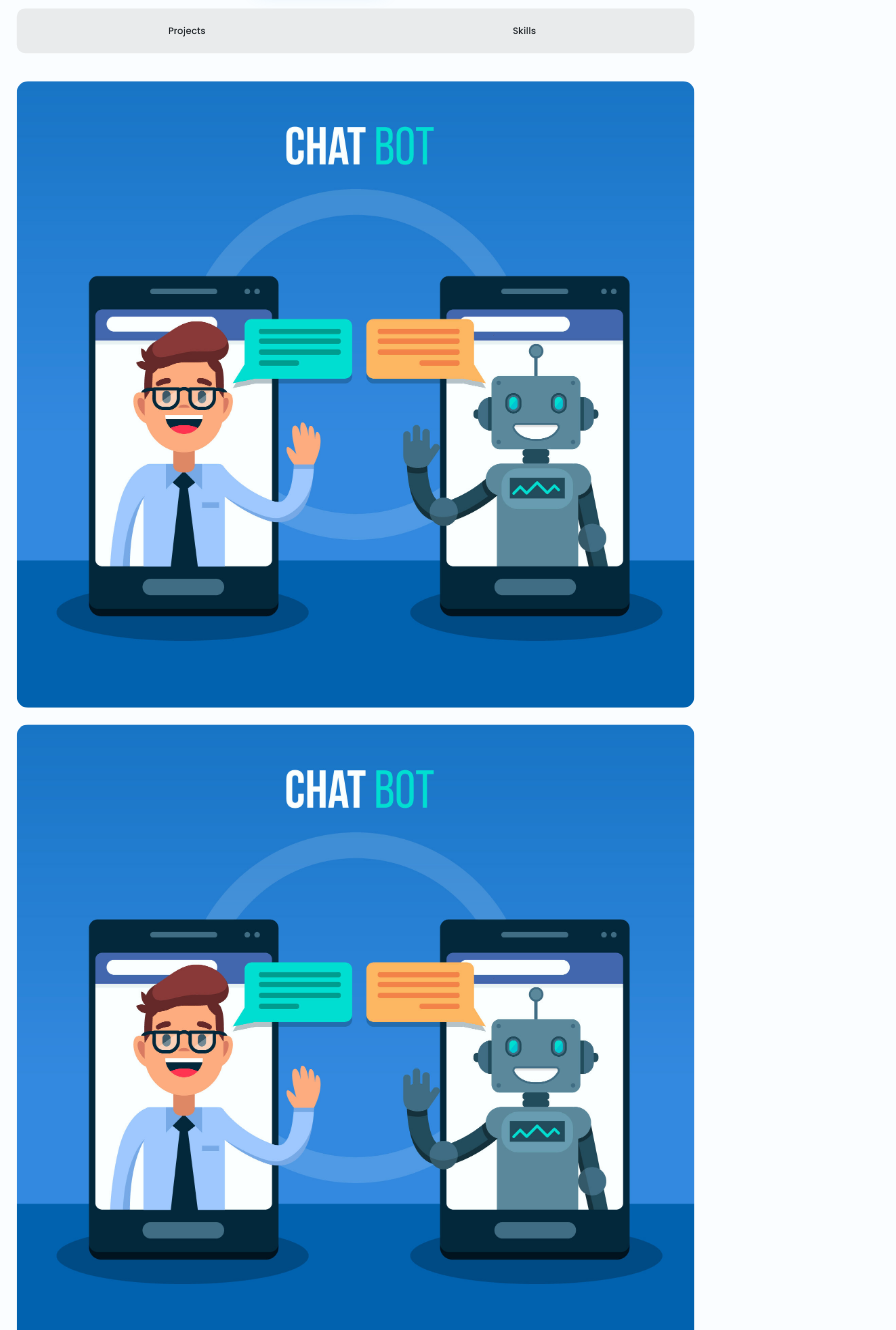
Repository: Kaii-Dev/Porfolio
Page: index.html
An editor plug-in stored every save of this project. The page is shown before and after the next save, followed by the edit.
The browser window is 1280 px wide. The pictures show the part of the page from y = 490 to 2390 px (the page is 4258 px tall), at 70% of full size.
A picture or video elsewhere on the page could not be fetched, so the positions and the page height are approximate. Some web libraries are served in a nearby version.

Above is the page before, as saved 2022-04-12 17:44:45.

After the next save:
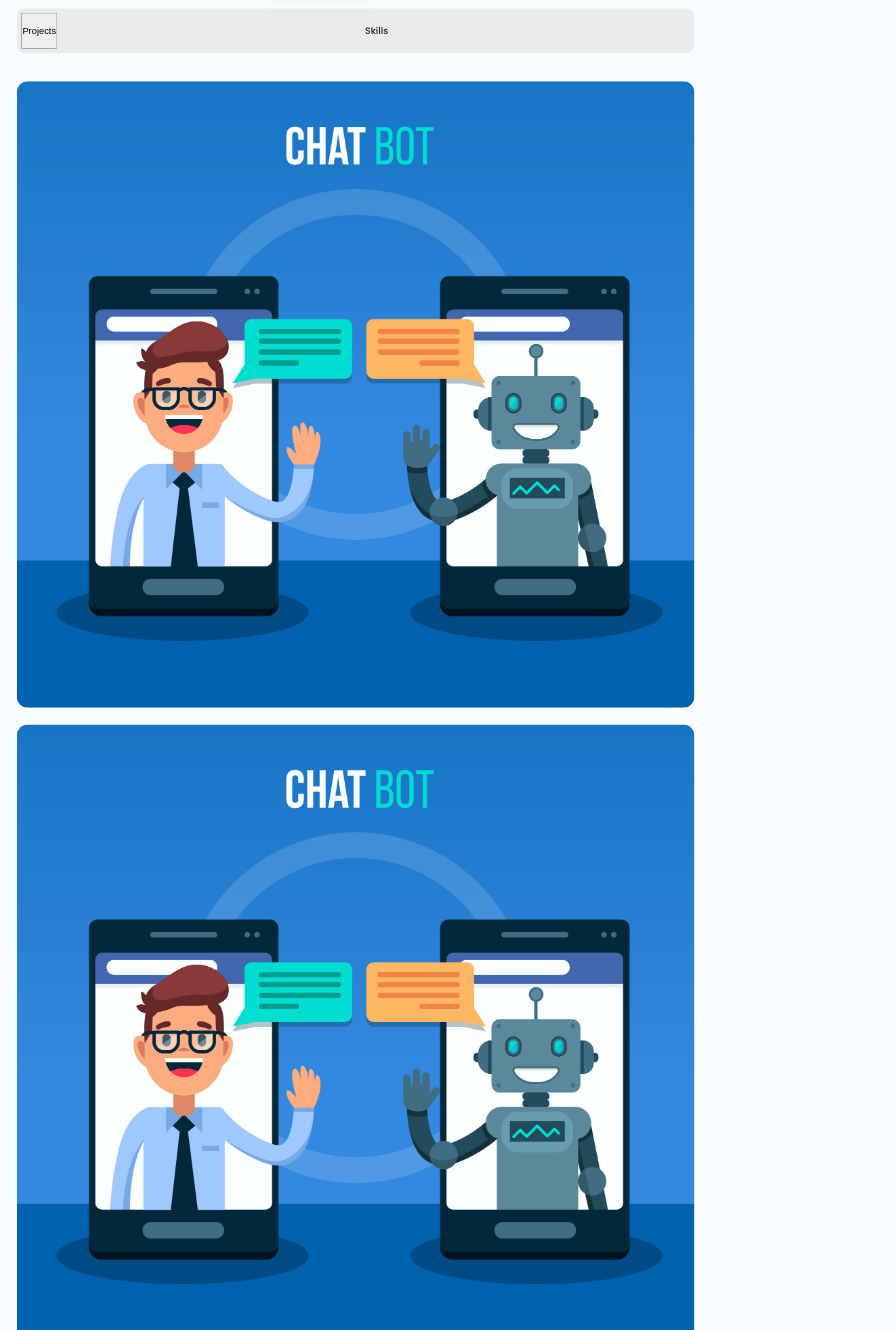
Saved 5 s later.
--- a/index.html
+++ b/index.html
@@ -103,7 +103,7 @@
       <section class="filters container">
         <!-- FILTERS TABS -->
         <ul class="filters__content">
-          <button class="filters__button filters_" data-target="#projects">
+          <button class="filters__butto n filters_" data-target="#projects">
             Projects
           </button>
           <button class="filters__button" data-target="#skills">Skills</button>

After the save that followed:
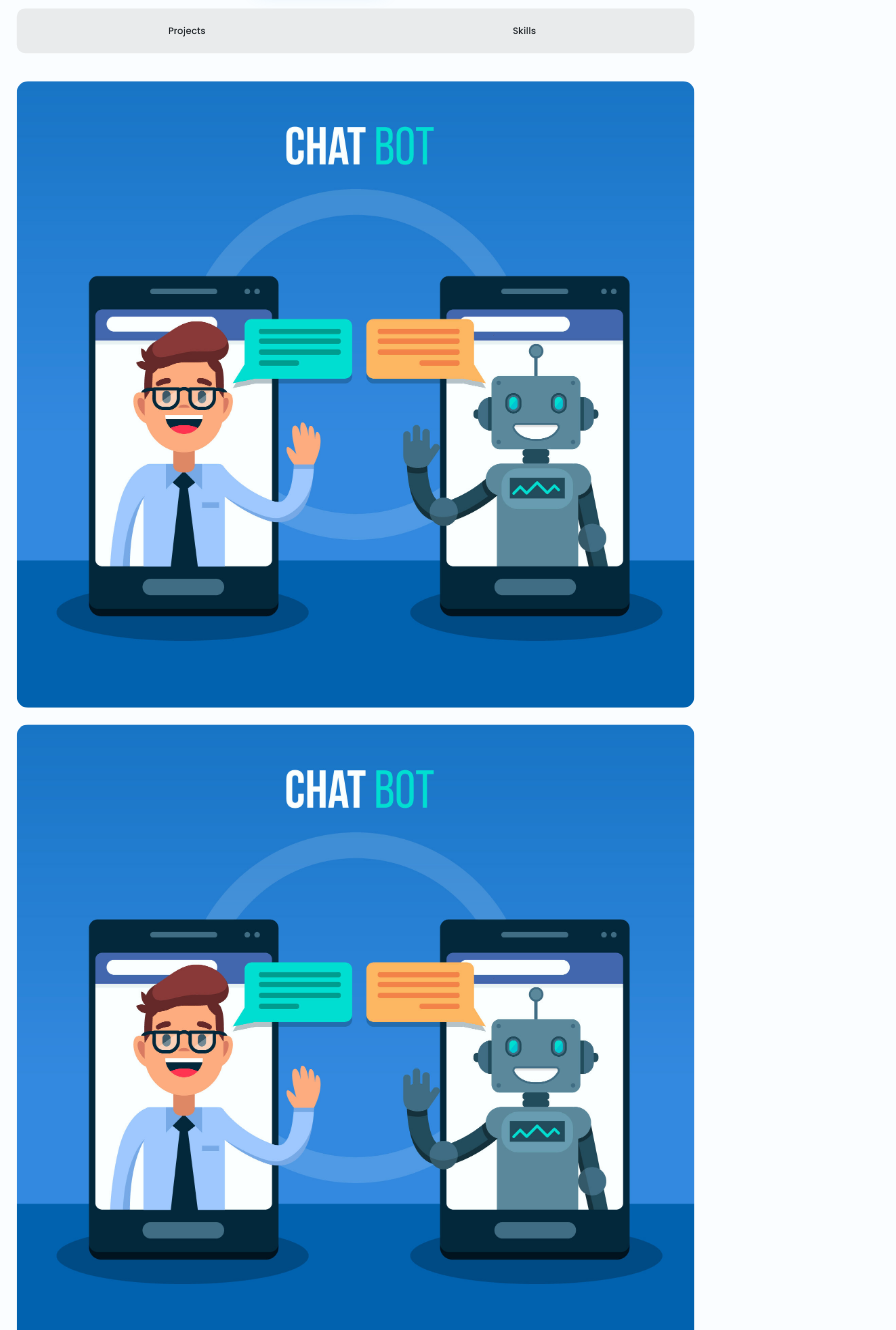
Saved 4 s later.
--- a/index.html
+++ b/index.html
@@ -103,7 +103,7 @@
       <section class="filters container">
         <!-- FILTERS TABS -->
         <ul class="filters__content">
-          <button class="filters__butto n filters_" data-target="#projects">
+          <button class="filters__button filters_" data-target="#projects">
             Projects
           </button>
           <button class="filters__button" data-target="#skills">Skills</button>
